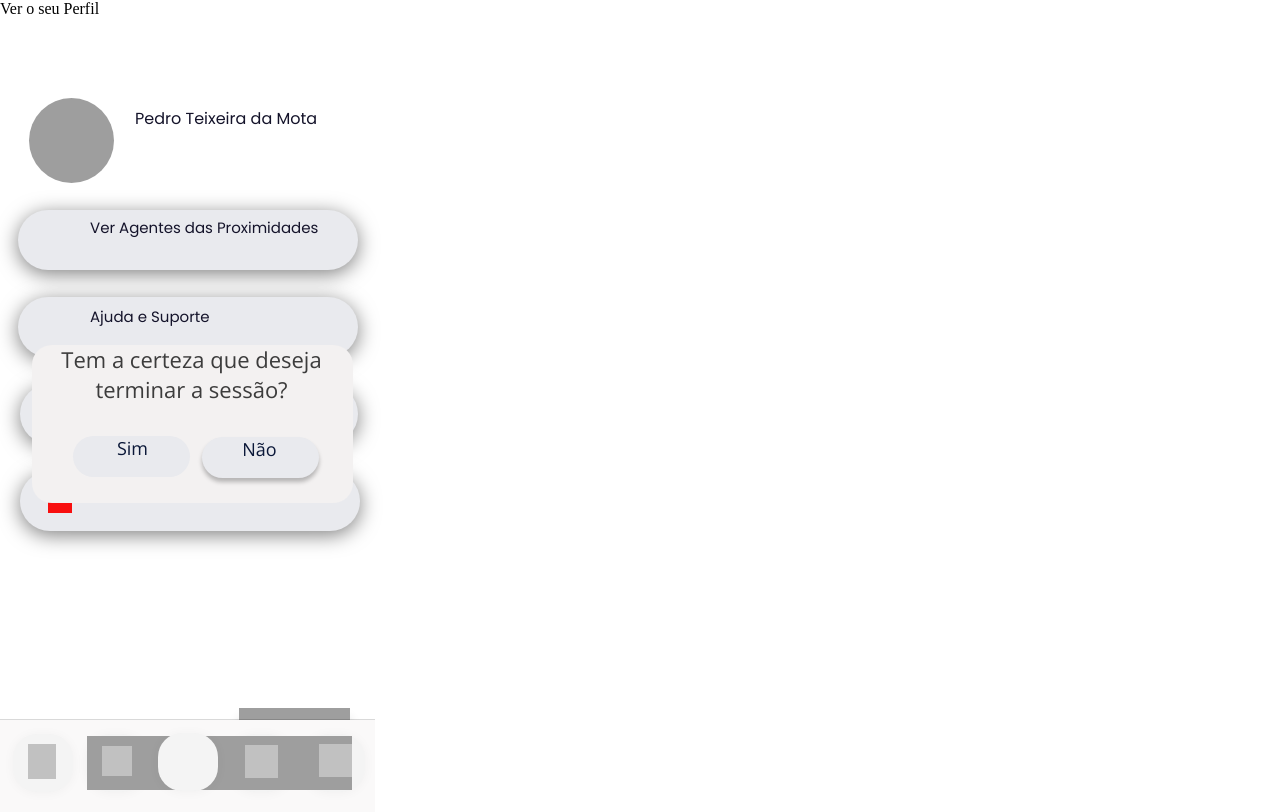
Repository: UnivMinho/D12_frontend
Page: Responsável no Terreno/Front-Office/TerminarSessao.html
The author's editor kept a record of every edit. The page is drawn from the files as they stood at one moment, then again after the next edit.
The browser window is 1280 px wide. The pictures show the whole page.
Pictures or frames that could not be fetched are drawn as grey boxes.

Above is the page before.

### Responsável no Terreno/Front-Office/TerminarSessao.html
<!DOCTYPE html>
<html>

<head>
    <meta charset="utf-8">
    <meta name="viewport" content="width=device-width, initial-scale=1, maximum-scale=1, user-scalable=no">
    <link href="https://fonts.googleapis.com/css?family=Poppins&display=swap" rel="stylesheet" />
    <link href="https://fonts.googleapis.com/css?family=Open+Sans&display=swap" rel="stylesheet" />
    <link href="./TerminarSessao.css" rel="stylesheet" />
    <title>TerminarSessao</title>

</head>

<body>
    <div class="screen">
        <div class="fotografia"></div>
        <span class="VerPerfil">Ver o seu Perfil</span>
        <span class="Nome">Pedro Teixeira da Mota</span>
        <div class="v274_25"></div>
        <div class="v274_26"></div>
        <div class="name"></div>
        <div class="v274_28"></div>
        <div class="v274_29"></div>
        <div class="v274_30"></div>
        <span class="v274_31">Ajuda e Suporte</span>
        <span class="v274_32">Definições e Privacidade</span>
        <span class="v274_33">Terminar Sessão</span>
        <div class="name"></div>
        <div class="name"></div><span class="v274_36">Ver Agentes das Proximidades</span>
        <div class="name"></div>
        <div class="name"></div>
        <div class="name"></div>
        <div class="v274_40"></div>
        <div class="v274_41"></div>
        <div class="name"></div>
        <div class="v274_81"></div><span class="v274_82">Tem a certeza que deseja terminar a sessão?</span>
        <div class="v274_43"></div>
        <div class="v274_44"></div>
        <div class="v274_45"></div>
        <div class="v274_46"></div>
        <div class="v274_47"></div>
        <div class="v274_48">
            <div class="v274_49"></div>
            <div class="v274_50"></div>
            <div class="v274_51"></div>
            <div class="v274_52"></div>
        </div>
        <div class="v274_53"></div>
        <div class="name"></div>
        <div class="v274_83"></div>
        <div class="v274_84"></div><span class="v274_85">Sim</span><span class="v274_87">Não</span></div>
</body>

</html>

### Responsável no Terreno/Front-Office/TerminarSessao.css
* {
  overflow-x: hidden;
  padding: 0px !important;
  margin: 0px !important;
}
.v274_0 {
  width: 414px;
  height: 736px;
  background: rgba(250,249,249,1);
  opacity: 1;
  position: absolute;
  top: 0px;
  left: 0px;
  overflow: hidden;
}

.fotografia {
  width: 85px;
  height: 85px;
  background: url("../images/v274_22.png");
  opacity: 1;
  position: absolute;
  top: 98px;
  left: 29px;
  border-radius: 50%;
}
.v274_23 {
  width: 114px;
  color: rgba(145,144,151,1);
  position: absolute;
  top: 127px;
  left: 135px;
  font-family: Poppins;
  font-weight: Regular;
  font-size: 14px;
  opacity: 1;
  text-align: left;
}
.Nome {
  width: 198px;
  color: rgba(20,19,42,1);
  position: absolute;
  top: 106px;
  left: 135px;
  font-family: Poppins;
  font-weight: Regular;
  font-size: 16px;
  opacity: 1;
  text-align: left;
}
.v274_25 {
  width: 340px;
  height: 60px;
  background: rgba(233,234,238,1);
  opacity: 1;
  position: absolute;
  top: 210px;
  left: 18px;
  border-top-left-radius: 50px;
  border-top-right-radius: 50px;
  border-bottom-left-radius: 50px;
  border-bottom-right-radius: 50px;
  box-shadow: 0px 4px 20px rgba(0.40784314274787903, 0.4274509847164154, 0.8784313797950745, 0.5);
  overflow: hidden;
}
.v274_26 {
  width: 340px;
  height: 60px;
  background: rgba(233,234,238,1);
  opacity: 1;
  position: absolute;
  top: 297px;
  left: 18px;
  border-top-left-radius: 50px;
  border-top-right-radius: 50px;
  border-bottom-left-radius: 50px;
  border-bottom-right-radius: 50px;
  box-shadow: 0px 4px 20px rgba(0.40784314274787903, 0.4274509847164154, 0.8784313797950745, 0.5);
  overflow: hidden;
}
.name {
  color: #fff;
}
.v274_28 {
  width: 338px;
  height: 60px;
  background: rgba(233,234,238,1);
  opacity: 1;
  position: absolute;
  top: 384px;
  left: 20px;
  border-top-left-radius: 50px;
  border-top-right-radius: 50px;
  border-bottom-left-radius: 50px;
  border-bottom-right-radius: 50px;
  box-shadow: 0px 4px 20px rgba(0.40784314274787903, 0.4274509847164154, 0.8784313797950745, 0.5);
  overflow: hidden;
}
.v274_29 {
  width: 340px;
  height: 60px;
  background: rgba(233,234,238,1);
  opacity: 1;
  position: absolute;
  top: 471px;
  left: 20px;
  border-top-left-radius: 50px;
  border-top-right-radius: 50px;
  border-bottom-left-radius: 50px;
  border-bottom-right-radius: 50px;
  box-shadow: 0px 4px 20px rgba(0.40784314274787903, 0.4274509847164154, 0.8784313797950745, 0.5);
  overflow: hidden;
}
.v274_30 {
  width: 24px;
  height: 24px;
  background: rgba(248,15,15,1);
  opacity: 1;
  position: absolute;
  top: 489px;
  left: 48px;
}
.v274_31 {
  width: 182px;
  color: rgba(20,19,42,1);
  position: absolute;
  top: 305px;
  left: 90px;
  font-family: Poppins;
  font-weight: Regular;
  font-size: 15px;
  opacity: 1;
  text-align: left;
}
.v274_32 {
  width: 223px;
  color: rgba(20,19,42,1);
  position: absolute;
  top: 391px;
  left: 90px;
  font-family: Poppins;
  font-weight: Regular;
  font-size: 15px;
  opacity: 1;
  text-align: left;
}
.v274_33 {
  width: 223px;
  color: rgba(20,19,42,1);
  position: absolute;
  top: 478px;
  left: 90px;
  font-family: Poppins;
  font-weight: Regular;
  font-size: 15px;
  opacity: 1;
  text-align: left;
}
.name {
  color: #fff;
}
.name {
  color: #fff;
}
.v274_36 {
  width: 270px;
  color: rgba(20,19,42,1);
  position: absolute;
  top: 216px;
  left: 90px;
  font-family: Poppins;
  font-weight: Regular;
  font-size: 15px;
  opacity: 1;
  text-align: left;
}
.name {
  color: #fff;
}
.name {
  color: #fff;
}
.name {
  color: #fff;
}
.v274_40 {
  width: 111px;
  height: 48px;
  background: url("../images/v274_40.png");
  opacity: 1;
  position: absolute;
  top: 708px;
  left: 239px;
  box-shadow: 0px 10px 10px rgba(1, 0.22083336114883423, 0.28858697414398193, 0.15000000596046448);
}
.v274_41 {
  width: 375px;
  height: 92px;
  background: rgba(250,249,249,1);
  opacity: 1;
  position: absolute;
  top: 720px;
  left: 0px;
  box-shadow: 0px -1px 0px rgba(0, 0, 0, 0.15000000596046448);
  overflow: hidden;
}
.name {
  color: #fff;
}
.v274_81 {
  width: 321px;
  height: 158px;
  background: rgba(243,241,241,1);
  opacity: 1;
  position: absolute;
  top: 345px;
  left: 32px;
  border-top-left-radius: 20px;
  border-top-right-radius: 20px;
  border-bottom-left-radius: 20px;
  border-bottom-right-radius: 20px;
  overflow: hidden;
}
.v274_82 {
  width: 321px;
  color: rgba(60,60,60,1);
  position: absolute;
  top: 344px;
  left: 31px;
  font-family: Open Sans;
  font-weight: Regular;
  font-size: 22px;
  opacity: 1;
  text-align: center;
}
.v274_43 {
  width: 60px;
  height: 58px;
  background: rgba(244,244,244,1);
  opacity: 1;
  position: absolute;
  top: 734px;
  left: 13px;
  border-top-left-radius: 24px;
  border-top-right-radius: 24px;
  border-bottom-left-radius: 24px;
  border-bottom-right-radius: 24px;
  box-shadow: 0px 1px 12px rgba(0, 0, 0, 0.03999999910593033);
  overflow: hidden;
}
.v274_44 {
  width: 60px;
  height: 58px;
  background: rgba(244,244,244,1);
  opacity: 1;
  position: absolute;
  top: 734px;
  left: 86px;
  border-top-left-radius: 24px;
  border-top-right-radius: 24px;
  border-bottom-left-radius: 24px;
  border-bottom-right-radius: 24px;
  box-shadow: 0px 1px 12px rgba(0, 0, 0, 0.03999999910593033);
  overflow: hidden;
}
.v274_45 {
  width: 60px;
  height: 58px;
  background: rgba(244,244,244,1);
  opacity: 1;
  position: absolute;
  top: 734px;
  left: 231px;
  border-top-left-radius: 24px;
  border-top-right-radius: 24px;
  border-bottom-left-radius: 24px;
  border-bottom-right-radius: 24px;
  box-shadow: 0px 1px 12px rgba(0, 0, 0, 0.03999999910593033);
  overflow: hidden;
}
.v274_46 {
  width: 60px;
  height: 58px;
  background: rgba(244,244,244,1);
  opacity: 1;
  position: absolute;
  top: 734px;
  left: 305px;
  border-top-left-radius: 24px;
  border-top-right-radius: 24px;
  border-bottom-left-radius: 24px;
  border-bottom-right-radius: 24px;
  box-shadow: 0px 1px 12px rgba(0, 0, 0, 0.03999999910593033);
  overflow: hidden;
}
.v274_47 {
  width: 28px;
  height: 35px;
  background: rgba(193,193,193,1);
  opacity: 1;
  position: absolute;
  top: 744px;
  left: 28px;
}
.v274_48 {
  width: 265px;
  height: 54px;
  background: url("../images/v274_48.png");
  background-repeat: no-repeat;
  background-position: center center;
  background-size: cover;
  opacity: 1;
  position: absolute;
  top: 736px;
  left: 87px;
  overflow: hidden;
}
.v274_49 {
  width: 40px;
  height: 54px;
  background: url("../images/v274_49.png");
  opacity: 1;
  position: absolute;
  top: 0px;
  left: 0px;
}
.v274_50 {
  width: 30px;
  height: 30px;
  background: rgba(193,193,193,1);
  opacity: 1;
  position: absolute;
  top: 10px;
  left: 15px;
}
.v274_51 {
  width: 33px;
  height: 33px;
  background: rgba(193,193,193,1);
  opacity: 1;
  position: absolute;
  top: 9px;
  left: 158px;
}
.v274_52 {
  width: 33px;
  height: 33px;
  background: rgba(193,193,193,1);
  opacity: 1;
  position: absolute;
  top: 8px;
  left: 232px;
}
.v274_53 {
  width: 60px;
  height: 58px;
  background: rgba(244,244,244,1);
  opacity: 1;
  position: absolute;
  top: 733px;
  left: 158px;
  border-top-left-radius: 24px;
  border-top-right-radius: 24px;
  border-bottom-left-radius: 24px;
  border-bottom-right-radius: 24px;
  box-shadow: 0px 1px 12px rgba(0, 0, 0, 0.03999999910593033);
  overflow: hidden;
}
.name {
  color: #fff;
}
.v274_83 {
  width: 117px;
  height: 41px;
  background: rgba(233,234,238,1);
  opacity: 1;
  position: absolute;
  top: 436px;
  left: 73px;
  border-top-left-radius: 50px;
  border-top-right-radius: 50px;
  border-bottom-left-radius: 50px;
  border-bottom-right-radius: 50px;
  overflow: hidden;
}
.v274_84 {
  width: 117px;
  height: 41px;
  background: rgba(233,234,238,1);
  opacity: 1;
  position: absolute;
  top: 437px;
  left: 202px;
  border-top-left-radius: 50px;
  border-top-right-radius: 50px;
  border-bottom-left-radius: 50px;
  border-bottom-right-radius: 50px;
  box-shadow: 0px 4px 4px rgba(0, 0, 0, 0.25);
  overflow: hidden;
}
.v274_85 {
  width: 117px;
  color: rgba(10,23,56,1);
  position: absolute;
  top: 436px;
  left: 74px;
  font-family: Open Sans;
  font-weight: Regular;
  font-size: 18px;
  opacity: 1;
  text-align: center;
}
.v274_87 {
  width: 117px;
  color: rgba(10,23,56,1);
  position: absolute;
  top: 437px;
  left: 201px;
  font-family: Open Sans;
  font-weight: Regular;
  font-size: 18px;
  opacity: 1;
  text-align: center;
}

After the next edit:
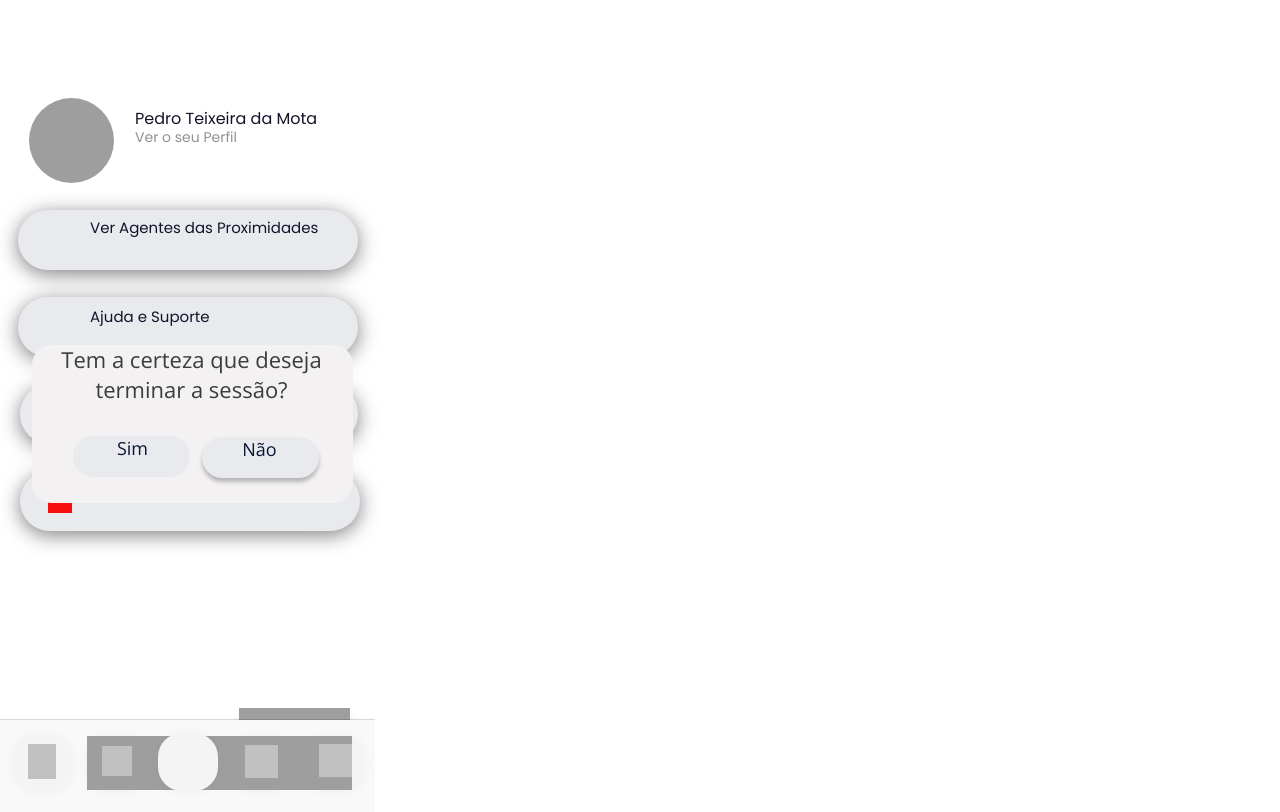
The edit:
--- a/Responsável no Terreno/Front-Office/TerminarSessao.css
+++ b/Responsável no Terreno/Front-Office/TerminarSessao.css
@@ -24,7 +24,7 @@
   left: 29px;
   border-radius: 50%;
 }
-.v274_23 {
+.VerPerfil {
   width: 114px;
   color: rgba(145,144,151,1);
   position: absolute;
